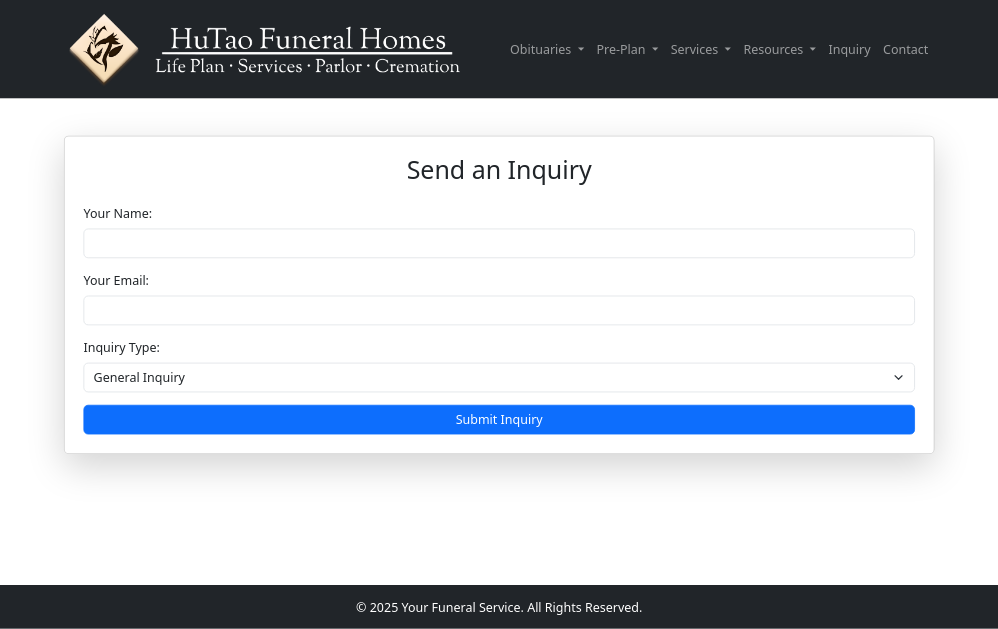
Repository: Jamil-cyber-hash/INSANITY
Page: http://localhost/inquiry.php
The author's editor kept a copy of each file at every save. The page is drawn from the files as they stood at one save, then again after the next save.
The browser window is 1280 px wide. The pictures show the whole page, at 78% of full size.
The page is run by PHP 8.4 with error messages shown; the project is at /var/www/html/.

Above is the page before, as saved 2025-03-23 22:20:25.

After the next save:
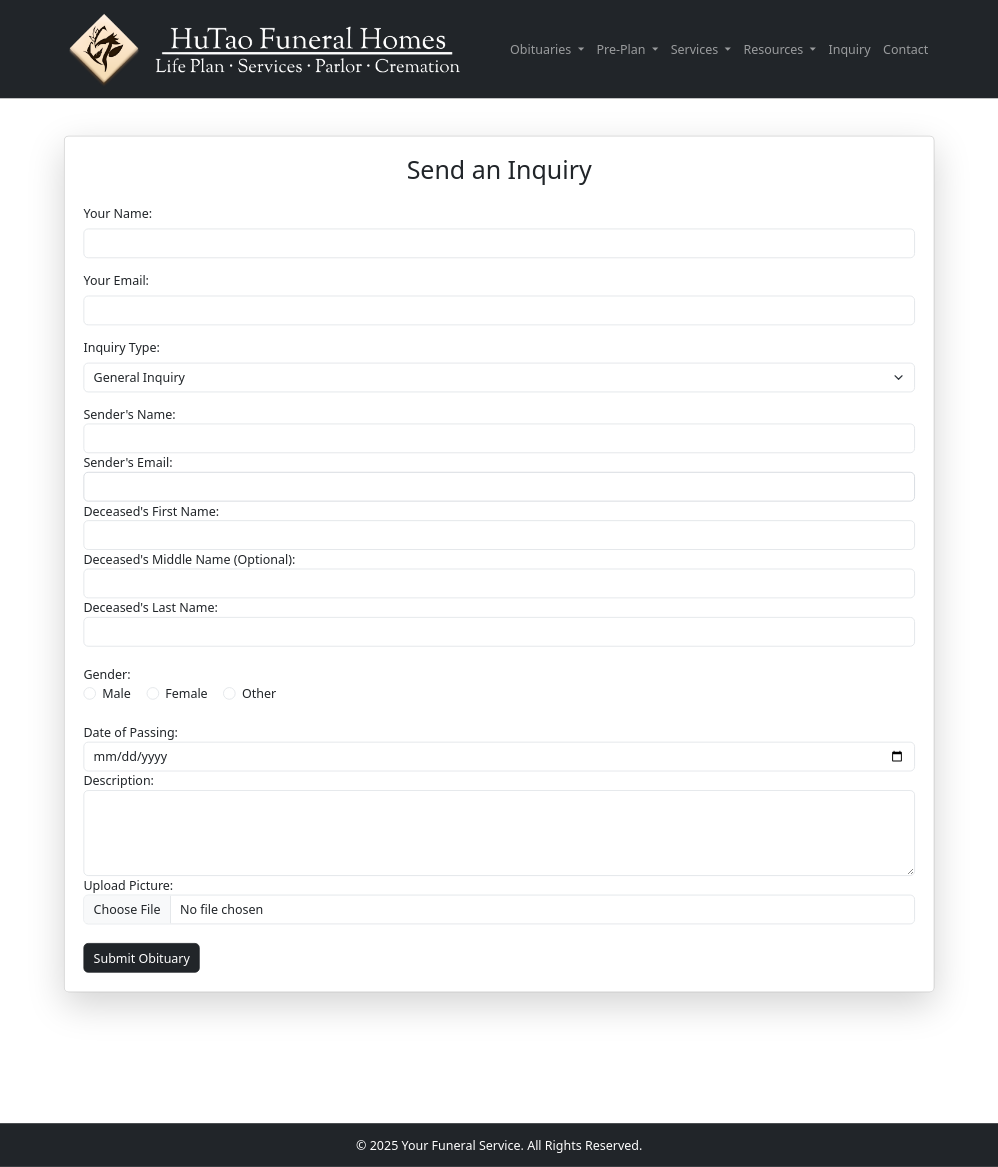
Saved 69 s later.
--- a/inquiry.php
+++ b/inquiry.php
@@ -46,26 +46,83 @@
                 </div>
 
                 <!-- Obituary Fields (Initially Hidden) -->
-                <div id="obituary_fields" style="display: none;">
-                    <h5 class="mt-3">Obituary Details</h5>
-                    <div class="mb-3">
-                        <label for="deceased_name" class="form-label">Deceased's Full Name:</label>
-                        <input type="text" id="deceased_name" name="deceased_name" class="form-control">
-                    </div>
+                <form action="submit_form.php" method="POST" enctype="multipart/form-data">
+        <!-- Sender's Info -->
+        <div class="form-group">
+            <label for="sender_name">Sender's Name:</label>
+            <input type="text" class="form-control" id="sender_name" name="sender_name" required />
+        </div>
+        <div class="form-group">
+            <label for="sender_email">Sender's Email:</label>
+            <input type="email" class="form-control" id="sender_email" name="sender_email" required />
+        </div>
 
-                    <div class="mb-3">
-                        <label for="date_of_passing" class="form-label">Date of Passing:</label>
-                        <input type="date" id="date_of_passing" name="date_of_passing" class="form-control">
-                    </div>
+        <script>
+document.getElementById('sender_email').addEventListener('input', function() {
+    const email = this.value;
+    const emailPattern = /^[a-zA-Z0-9._%+-]+@[a-zA-Z0-9.-]+\.[a-zA-Z]{2,}$/;
+    const emailError = document.getElementById('email-error');
 
-                    <div class="mb-3">
-                        <label for="message" class="form-label">Obituary Message:</label>
-                        <textarea id="message" name="message" class="form-control" rows="4"></textarea>
-                    </div>
-                </div>
+    if (emailPattern.test(email)) {
+        emailError.style.display = 'none';
+        this.classList.remove('invalid');
+        this.classList.add('valid');
+    } else {
+        emailError.style.display = 'block';
+        this.classList.remove('valid');
+        this.classList.add('invalid');
+    }
+});
+</script>
 
-                <button type="submit" class="btn btn-primary w-100">Submit Inquiry</button>
-            </form>
+        <!-- Deceased's Info -->
+        <div class="form-group">
+            <label for="deceased_first_name">Deceased's First Name:</label>
+            <input type="text" class="form-control" id="deceased_first_name" name="deceased_first_name" required />
+        </div>
+        <div class="form-group">
+            <label for="deceased_middle_name">Deceased's Middle Name (Optional):</label>
+            <input type="text" class="form-control" id="deceased_middle_name" name="deceased_middle_name" />
+        </div>
+        <div class="form-group">
+            <label for="deceased_last_name">Deceased's Last Name:</label>
+            <input type="text" class="form-control" id="deceased_last_name" name="deceased_last_name" required />
+        </div>
+<br>
+        <!-- Gender -->
+        <div class="form-group">
+            <label>Gender:</label><br>
+            <div class="form-check form-check-inline">
+                <input class="form-check-input" type="radio" name="gender" id="male" value="Male" required />
+                <label class="form-check-label" for="male">Male</label>
+            </div>
+            <div class="form-check form-check-inline">
+                <input class="form-check-input" type="radio" name="gender" id="female" value="Female" />
+                <label class="form-check-label" for="female">Female</label>
+            </div>
+            <div class="form-check form-check-inline">
+                <input class="form-check-input" type="radio" name="gender" id="other" value="Other" />
+                <label class="form-check-label" for="other">Other</label>
+            </div>
+        </div>
+<br>
+        <div class="form-group">
+            <label for="date_of_passing">Date of Passing:</label>
+            <input type="date" class="form-control" id="date_of_passing" name="date_of_passing" required />
+        </div>
+        <div class="form-group">
+            <label for="description">Description:</label>
+            <textarea class="form-control" id="description" name="description" rows="4" required></textarea>
+        </div>
+        <div class="form-group">
+            <label for="image">Upload Picture:</label>
+            <input type="file" class="form-control" id="image" name="image" accept="image/*" required />
+        </div>
+        <br>
+        <button type="submit" class="btn btn-dark">Submit Obituary</button>
+    </form>
+</div>
+
         </div>
     </div>
 
